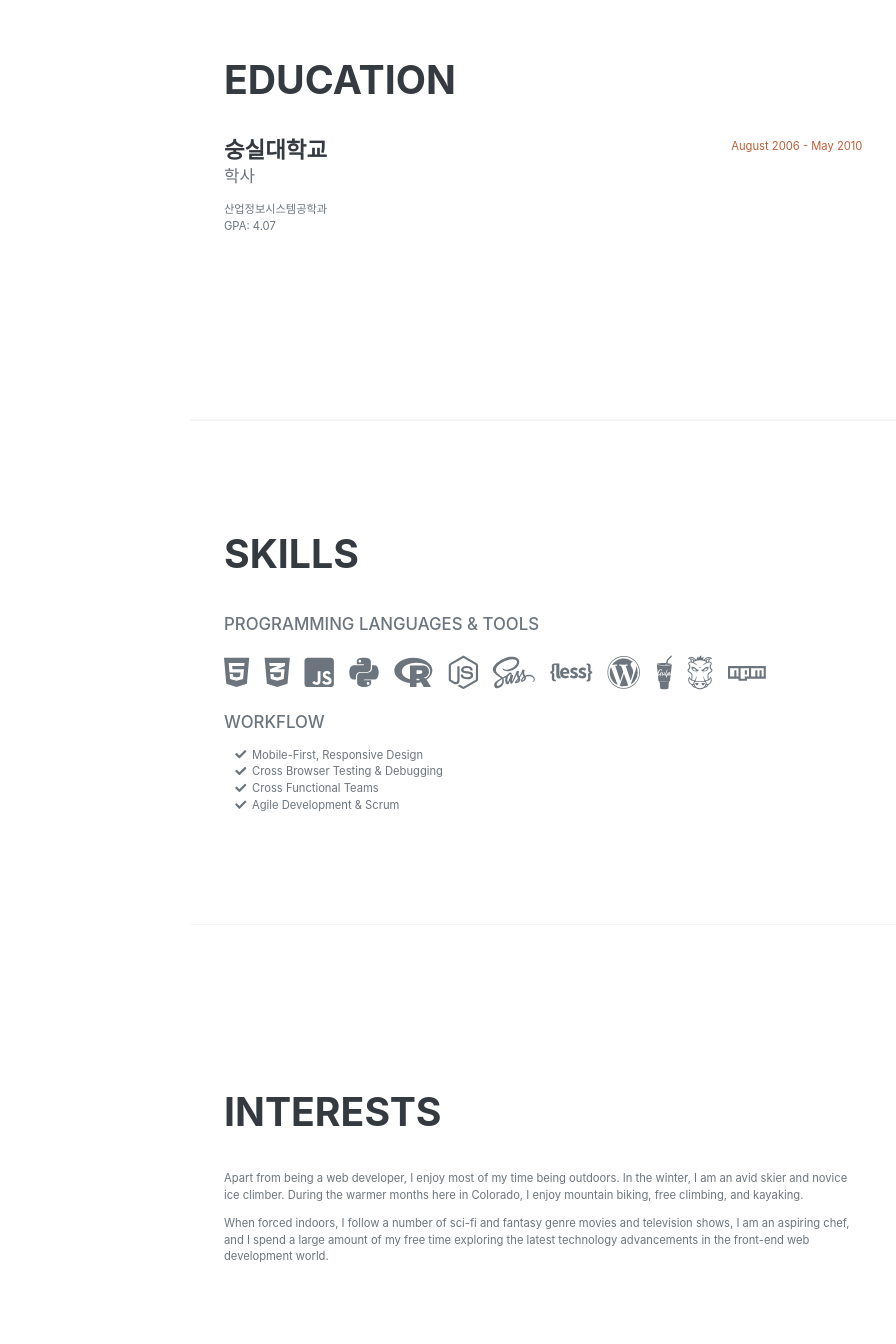
Repository: minsuk1/portfolio
Page: index.html
These files come from the project's save history. The page is drawn as it stood at one moment and after the next save; the edit follows.
The browser window is 1280 px wide. The pictures show the part of the page from y = 1831 to 3751 px (the page is 4594 px tall), at 70% of full size.
Some web fonts or font styles are not loaded; a fallback is used.

Above is the page before, as saved 2021-01-01 10:51:00.

### index.html
<!DOCTYPE html>
<html lang="en">
    <head>
        <meta charset="utf-8" />
        <meta name="viewport" content="width=device-width, initial-scale=1, shrink-to-fit=no" />
        <meta name="description" content="" />
        <meta name="author" content="" />
        <title>Resume - Start Bootstrap Theme</title>
        <link rel="icon" type="image/x-icon" href="assets/img/favicon.ico" />
        <!-- Font Awesome icons (free version)-->
        <script src="https://use.fontawesome.com/releases/v5.15.1/js/all.js" crossorigin="anonymous"></script>
        <!-- Google fonts-->
        <link href="https://fonts.googleapis.com/css?family=Saira+Extra+Condensed:500,700" rel="stylesheet" type="text/css" />
        <link href="https://fonts.googleapis.com/css?family=Muli:400,400i,800,800i" rel="stylesheet" type="text/css" />
        <!-- Core theme CSS (includes Bootstrap)-->
        <link href="css/styles.css" rel="stylesheet" />
    </head>
    <body id="page-top">
        <!-- Navigation-->
        <nav class="navbar navbar-expand-lg navbar-dark bg-primary fixed-top" id="sideNav">
            <a class="navbar-brand js-scroll-trigger" href="#page-top">
                <span class="d-block d-lg-none">Clarence Taylor</span>
                <span class="d-none d-lg-block"><img class="img-fluid img-profile rounded-circle mx-auto mb-2" src="assets/img/profile.jpg" alt="" /></span>
            </a>
            <button class="navbar-toggler" type="button" data-toggle="collapse" data-target="#navbarSupportedContent" aria-controls="navbarSupportedContent" aria-expanded="false" aria-label="Toggle navigation"><span class="navbar-toggler-icon"></span></button>
            <div class="collapse navbar-collapse" id="navbarSupportedContent">
                <ul class="navbar-nav">
                    <li class="nav-item"><a class="nav-link js-scroll-trigger" href="#about">About</a></li>
                    <li class="nav-item"><a class="nav-link js-scroll-trigger" href="#experience">Experience</a></li>
                    <li class="nav-item"><a class="nav-link js-scroll-trigger" href="#education">Education</a></li>
                    <li class="nav-item"><a class="nav-link js-scroll-trigger" href="#skills">Skills</a></li>
                    <li class="nav-item"><a class="nav-link js-scroll-trigger" href="#interests">Interests</a></li>
                    <li class="nav-item"><a class="nav-link js-scroll-trigger" href="#awards">Awards</a></li>
                </ul>
            </div>
        </nav>
        <!-- Page Content-->
        <div class="container-fluid p-0">
            <!-- About-->
            <section class="resume-section" id="about">
                <div class="resume-section-content">
                    <h1 class="mb-0">
                        Portfolio
                        <span class="text-primary">오민석</span>
                    </h1>
                    <div class="subheading mb-5">
                                  010-6265-6918
                        <a href="mailto:name@email.com">palt1230@email.com</a>
                    </div>
                    <p class="lead mb-5"></p>
                    <div class="social-icons">
                        <a class="social-icon" href="https://github.com/minsuk1"><i class="fab fa-github"></i></a>
                        <a class="social-icon" href="https://velog.io/@minsuk"><i class="fas fa-envelope-open-text"></i></i></a>
                        <a class="social-icon" href="#"><i class="fab fa-facebook-f"></i></a>
                    </div>
                </div>
            </section>
            <hr class="m-0" />
            <!-- Experience-->
            <section class="resume-section" id="experience">
                <div class="resume-section-content">
                    <h2 class="mb-5">Experience</h2>
                    <div class="d-flex flex-column flex-md-row justify-content-between mb-5">
                        <div class="flex-grow-1">
                            <h3 class="mb-0">삼정KPMG 인턴</h3>
                            <div class="subheading mb-3">Data Engineer</div>
                            <ul>
                                <li>데이터 ETL : MSSQL에서 데이터 전처리</li>
                                <li>QA : 사내 AI 감사 솔루션 플랫폼(Clara) QA</li>
                            </ul>

                        </div>
                        <div class="flex-shrink-0"><span class="text-primary">2020년 12월 ~ 현재</span></div>
                    </div>
                    <div class="d-flex flex-column flex-md-row justify-content-between mb-5">
                        <div class="flex-grow-1">
                            <h3 class="mb-0">핀테크 교육</h3>
                            <div class="subheading mb-3">대외 교육</div>
                            <p>4차 산업혁명 시대에 맞는 코스콤 수행, 금융위원회 주관 핀테크 교육</p>
                        </div>
                        <div class="flex-shrink-0"><span class="text-primary">2020년 7월 ~ 2020년 8월</span></div>
                    </div>
                    <div class="d-flex flex-column flex-md-row justify-content-between mb-5">
                        <div class="flex-grow-1">
                            <h3 class="mb-0">텍스트 마이닝 연구실</h3>
                            <div class="subheading mb-3">학부연구생</div>
                            <ul>
                                <li>Amazon, E-bay 등에서 아이폰 및 갤럭시 전 기종 크롤링 및 전처리</li>
                                <li>휴대폰 관련 감성사전 구축 및 수정</li>
                            </ul>
                        </div>
                        <div class="flex-shrink-0"><span class="text-primary">2019년 9월 ~ 2020년 7월</span></div>
                    </div>
                    <div class="d-flex flex-column flex-md-row justify-content-between">
                        <div class="flex-grow-1">
                            <h3 class="mb-0">비타민(빅데이터 동아리)</h3>
                            <div class="subheading mb-3">Shout! Media Productions</div>
                            <p>R과 파이썬을 통한 데이터 분석 및 머신러닝 교육 및 프로젝트 진행</p>
                        </div>
                        <div class="flex-shrink-0"><span class="text-primary">2019년 9월 ~ 2020년 7월</span></div>
                    </div>
                </div>
            </section>
            <hr class="m-0" />
            <!-- Education-->
            <section class="resume-section" id="education">
                <div class="resume-section-content">
                    <h2 class="mb-5">Education</h2>
                    <div class="d-flex flex-column flex-md-row justify-content-between mb-5">
                        <div class="flex-grow-1">
                            <h3 class="mb-0">숭실대학교</h3>
                            <div class="subheading mb-3">학사</div>
                            <div>산업정보시스템공학과</div>
                            <p>GPA: 4.07</p>
                        </div>
                        <div class="flex-shrink-0"><span class="text-primary">August 2006 - May 2010</span></div>
                    </div>
                </div>
            </section>
            <hr class="m-0" />
            <!-- Skills-->
            <section class="resume-section" id="skills">
                <div class="resume-section-content">
                    <h2 class="mb-5">Skills</h2>
                    <div class="subheading mb-3">Programming Languages & Tools</div>
                    <ul class="list-inline dev-icons">
                        <li class="list-inline-item"><i class="fab fa-html5"></i></li>
                        <li class="list-inline-item"><i class="fab fa-css3-alt"></i></li>
                        <li class="list-inline-item"><i class="fab fa-js-square"></i></li>
                        <li class="list-inline-item"><i class="fab fa-python"></i></li>
                        <li class="list-inline-item"><i class="fab fa-r-project"></i></li>
                        <li class="list-inline-item"><i class="fab fa-node-js"></i></li>
                        <li class="list-inline-item"><i class="fab fa-sass"></i></li>
                        <li class="list-inline-item"><i class="fab fa-less"></i></li>
                        <li class="list-inline-item"><i class="fab fa-wordpress"></i></li>
                        <li class="list-inline-item"><i class="fab fa-gulp"></i></li>
                        <li class="list-inline-item"><i class="fab fa-grunt"></i></li>
                        <li class="list-inline-item"><i class="fab fa-npm"></i></li>
                    </ul>
                    <div class="subheading mb-3">Workflow</div>
                    <ul class="fa-ul mb-0">
                        <li>
                            <span class="fa-li"><i class="fas fa-check"></i></span>
                            Mobile-First, Responsive Design
                        </li>
                        <li>
                            <span class="fa-li"><i class="fas fa-check"></i></span>
                            Cross Browser Testing & Debugging
                        </li>
                        <li>
                            <span class="fa-li"><i class="fas fa-check"></i></span>
                            Cross Functional Teams
                        </li>
                        <li>
                            <span class="fa-li"><i class="fas fa-check"></i></span>
                            Agile Development & Scrum
                        </li>
                    </ul>
                </div>
            </section>
            <hr class="m-0" />
            <!-- Interests-->
            <section class="resume-section" id="interests">
                <div class="resume-section-content">
                    <h2 class="mb-5">Interests</h2>
                    <p>Apart from being a web developer, I enjoy most of my time being outdoors. In the winter, I am an avid skier and novice ice climber. During the warmer months here in Colorado, I enjoy mountain biking, free climbing, and kayaking.</p>
                    <p class="mb-0">When forced indoors, I follow a number of sci-fi and fantasy genre movies and television shows, I am an aspiring chef, and I spend a large amount of my free time exploring the latest technology advancements in the front-end web development world.</p>
                </div>
            </section>
            <hr class="m-0" />
            <!-- Awards-->
            <section class="resume-section" id="awards">
                <div class="resume-section-content">
                    <h2 class="mb-5">Awards & Certifications</h2>
                    <ul class="fa-ul mb-0">
                        <li>
                            <span class="fa-li"><i class="fas fa-trophy text-warning"></i></span>
                            Google Analytics Certified Developer
                        </li>
                        <li>
                            <span class="fa-li"><i class="fas fa-trophy text-warning"></i></span>
                            Mobile Web Specialist - Google Certification
                        </li>
                        <li>
                            <span class="fa-li"><i class="fas fa-trophy text-warning"></i></span>
                            1
                            <sup>st</sup>
                            Place - University of Colorado Boulder - Emerging Tech Competition 2009
                        </li>
                        <li>
                            <span class="fa-li"><i class="fas fa-trophy text-warning"></i></span>
                            1
                            <sup>st</sup>
                            Place - University of Colorado Boulder - Adobe Creative Jam 2008 (UI Design Category)
                        </li>
                        <li>
                            <span class="fa-li"><i class="fas fa-trophy text-warning"></i></span>
                            2
                            <sup>nd</sup>
                            Place - University of Colorado Boulder - Emerging Tech Competition 2008
                        </li>
                        <li>
                            <span class="fa-li"><i class="fas fa-trophy text-warning"></i></span>
                            1
                            <sup>st</sup>
                            Place - James Buchanan High School - Hackathon 2006
                        </li>
                        <li>
                            <span class="fa-li"><i class="fas fa-trophy text-warning"></i></span>
                            3
                            <sup>rd</sup>
                            Place - James Buchanan High School - Hackathon 2005
                        </li>
                    </ul>
                </div>
            </section>
        </div>
        <!-- Bootstrap core JS-->
        <script src="https://cdnjs.cloudflare.com/ajax/libs/jquery/3.5.1/jquery.min.js"></script>
        <script src="https://cdn.jsdelivr.net/npm/bootstrap@4.5.3/dist/js/bootstrap.bundle.min.js"></script>
        <!-- Third party plugin JS-->
        <script src="https://cdnjs.cloudflare.com/ajax/libs/jquery-easing/1.4.1/jquery.easing.min.js"></script>
        <!-- Core theme JS-->
        <script src="js/scripts.js"></script>
    </body>
</html>

### js/scripts.js
/*!
    * Start Bootstrap - Resume v6.0.2 (https://startbootstrap.com/theme/resume)
    * Copyright 2013-2020 Start Bootstrap
    * Licensed under MIT (https://github.com/StartBootstrap/startbootstrap-resume/blob/master/LICENSE)
    */
    (function ($) {
    "use strict"; // Start of use strict

    // Smooth scrolling using jQuery easing
    $('a.js-scroll-trigger[href*="#"]:not([href="#"])').click(function () {
        if (
            location.pathname.replace(/^\//, "") ==
                this.pathname.replace(/^\//, "") &&
            location.hostname == this.hostname
        ) {
            var target = $(this.hash);
            target = target.length
                ? target
                : $("[name=" + this.hash.slice(1) + "]");
            if (target.length) {
                $("html, body").animate(
                    {
                        scrollTop: target.offset().top,
                    },
                    1000,
                    "easeInOutExpo"
                );
                return false;
            }
        }
    });

    // Closes responsive menu when a scroll trigger link is clicked
    $(".js-scroll-trigger").click(function () {
        $(".navbar-collapse").collapse("hide");
    });

    // Activate scrollspy to add active class to navbar items on scroll
    $("body").scrollspy({
        target: "#sideNav",
    });
})(jQuery); // End of use strict

Loaded but not shown: css/styles.css (library)

After the next save:
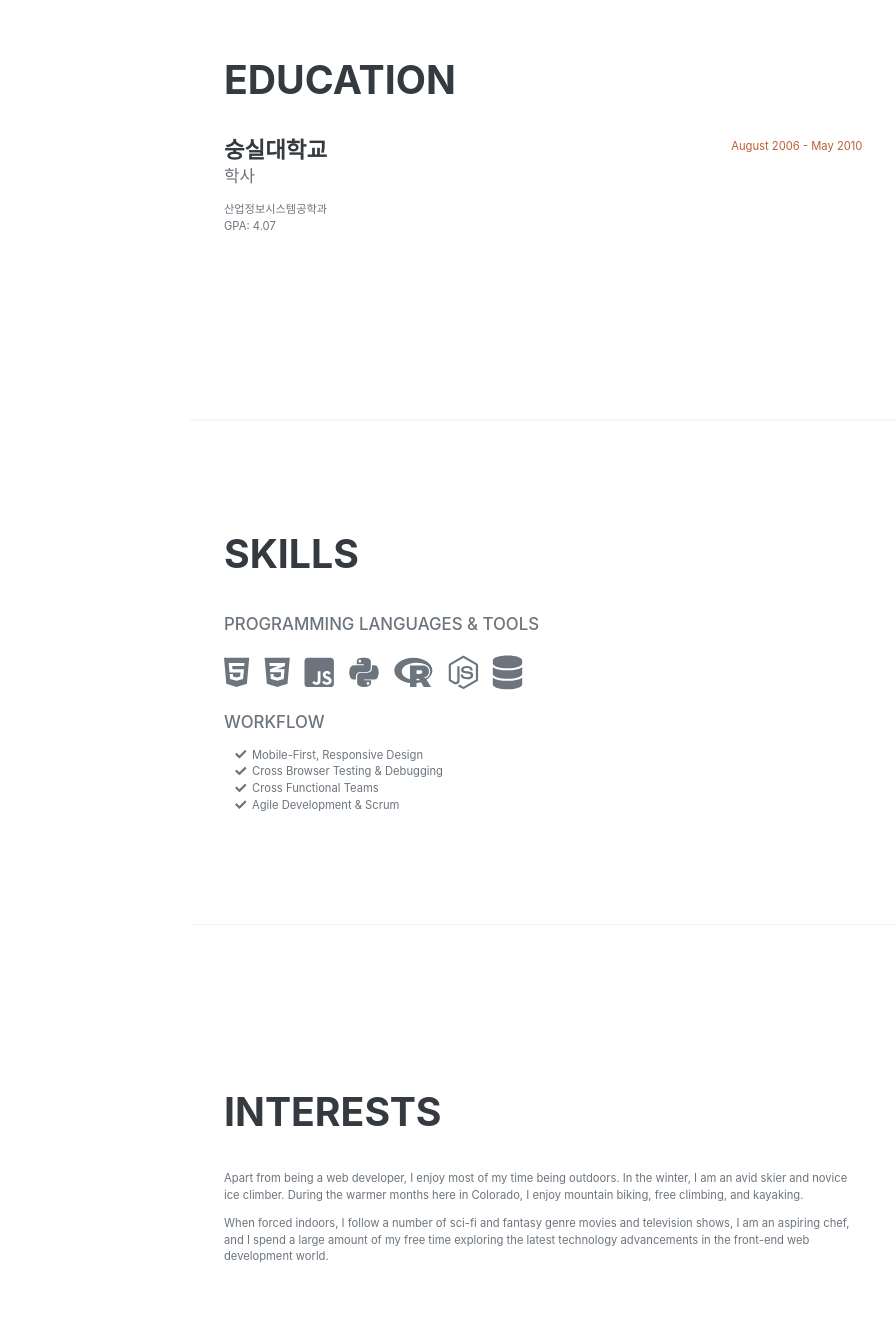
Saved 35 s later.
--- a/index.html
+++ b/index.html
@@ -130,12 +130,7 @@
                         <li class="list-inline-item"><i class="fab fa-python"></i></li>
                         <li class="list-inline-item"><i class="fab fa-r-project"></i></li>
                         <li class="list-inline-item"><i class="fab fa-node-js"></i></li>
-                        <li class="list-inline-item"><i class="fab fa-sass"></i></li>
-                        <li class="list-inline-item"><i class="fab fa-less"></i></li>
-                        <li class="list-inline-item"><i class="fab fa-wordpress"></i></li>
-                        <li class="list-inline-item"><i class="fab fa-gulp"></i></li>
-                        <li class="list-inline-item"><i class="fab fa-grunt"></i></li>
-                        <li class="list-inline-item"><i class="fab fa-npm"></i></li>
+                        <li class="list-inline-item"><i class="fas fa-database"></i></li>
                     </ul>
                     <div class="subheading mb-3">Workflow</div>
                     <ul class="fa-ul mb-0">
